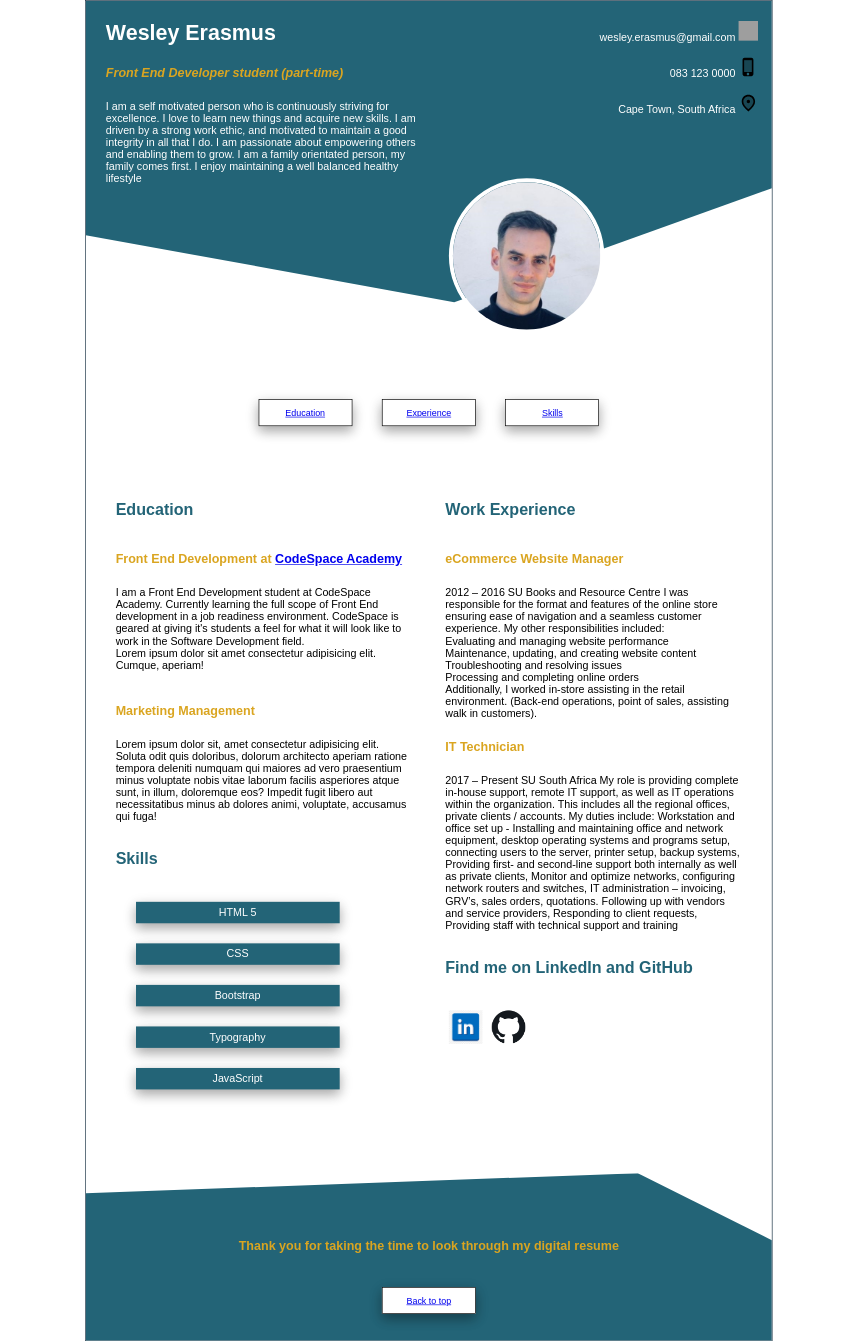
Repository: WesleyErasmus/myDigitalResume
Page: Resume-Projec-3/index.html
The author's editor kept a copy of each file at every save. The page is drawn from the files as they stood at one save, then again after the next save.
The browser window is 1280 px wide. The pictures show the whole page, at 67% of full size.
Pictures or frames that could not be fetched are drawn as grey boxes.

Above is the page before, as saved 2022-02-12 23:15:02.

After the next save:
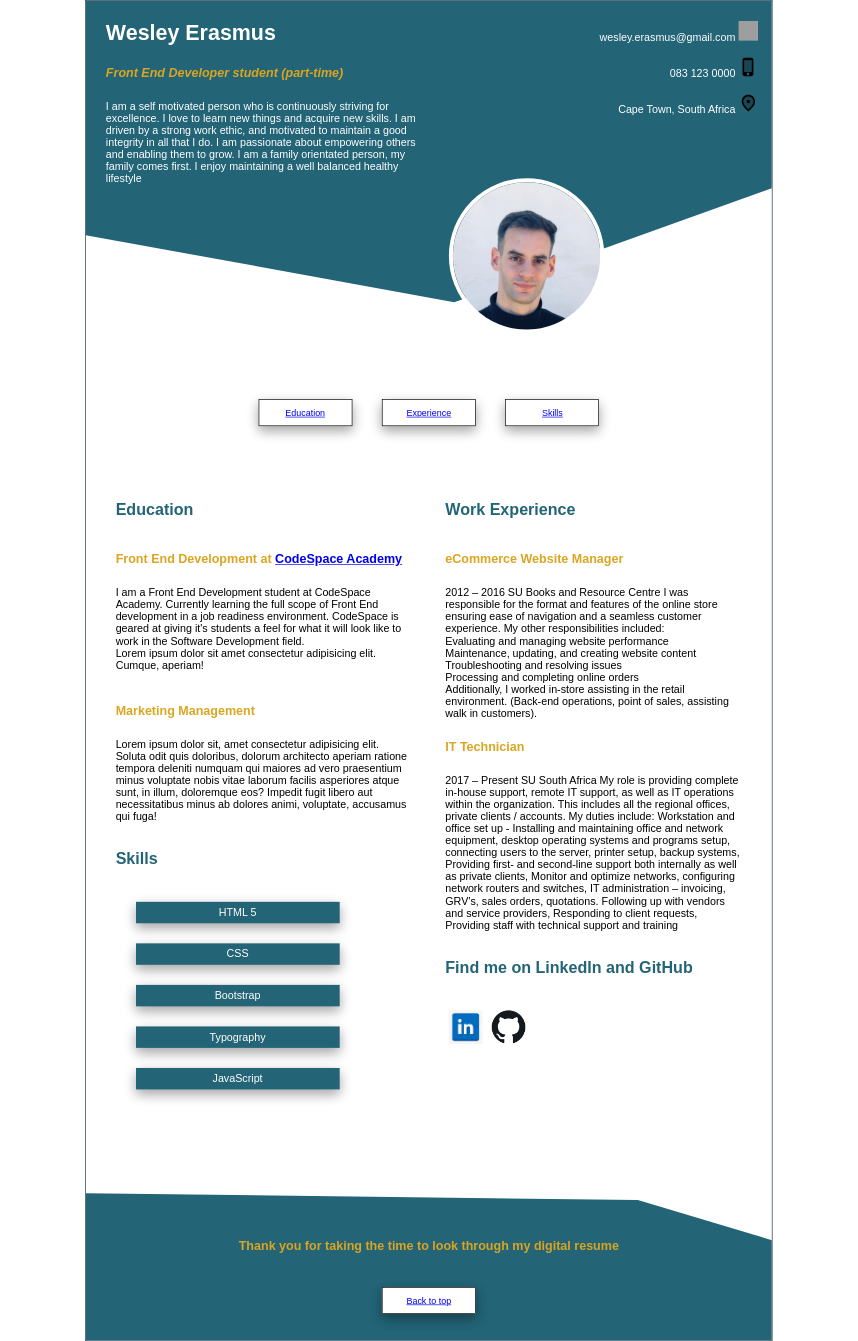
Saved 12 s later.
--- a/Resume-Projec-3/index.html
+++ b/Resume-Projec-3/index.html
@@ -112,7 +112,7 @@
     <svg class="svg-bot">
       <!-- <rect width="100%" height="100%" fill="red" />
       <circle cx="100%" cy="100%" r="150" fill="blue" stroke="black" /> -->
-      <polygon points="0,30 824,0 1024,100 1024,250 0,250" fill="#236477"/>
+      <polygon points="0,30 824,40 1024,100 1024,250 0,250" fill="#236477"/>
     </svg>
 
   </footer>
